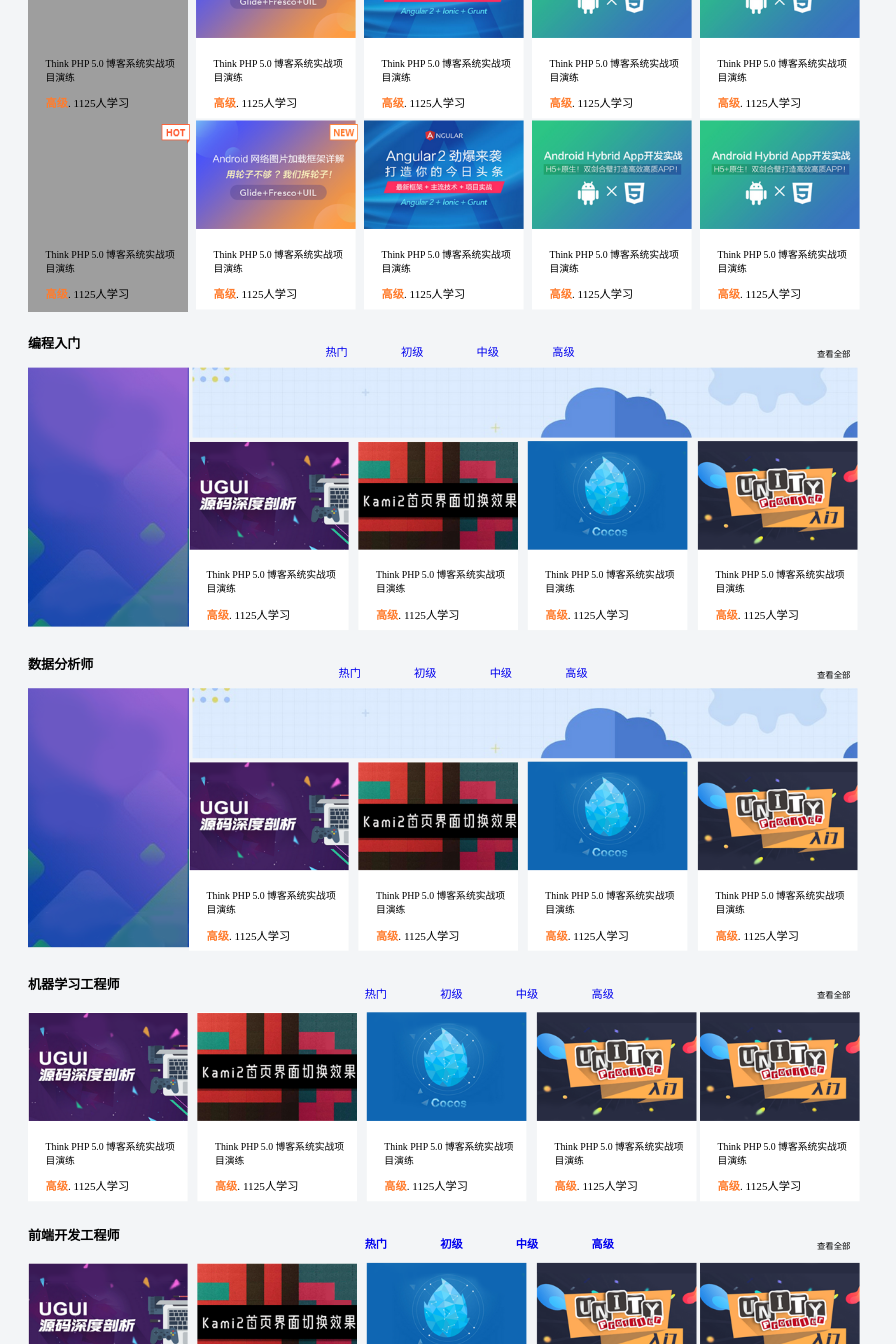
Repository: try-18/web-page-1
Page: index.html
These files come from the project's save history. The page is drawn as it stood at one moment and after the next save; the edit follows.
The browser window is 1280 px wide. The pictures show the part of the page from y = 763 to 2683 px (the page is 3300 px tall), at 70% of full size.
Pictures or frames that could not be fetched are drawn as grey boxes.

Above is the page before, as saved 2021-11-02 16:32:41.

After the next save:
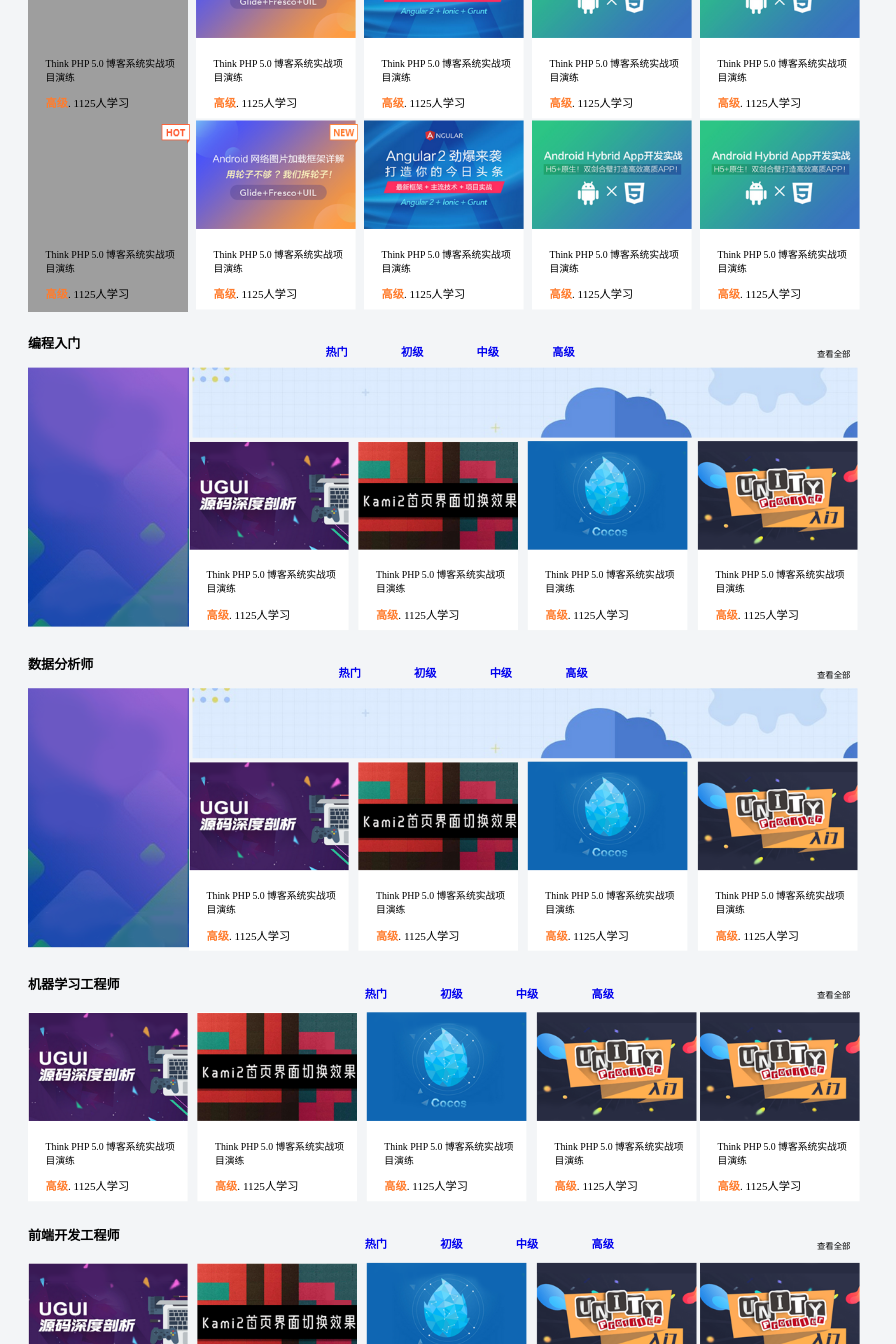
Saved 35 s later.
--- a/index.html
+++ b/index.html
@@ -265,10 +265,26 @@
         <h3>编程入门</h3>
         <div class="fifthtopmiddle">
             <ul>
-                <li><a href="#">热门</a></li>
-                <li><a href="#">初级</a></li>
-                <li><a href="#">中级</a></li>
-                <li><a href="#">高级</a></li>
+                <li>
+                    <a href="#">
+                        <h4>热门</h4>
+                    </a>
+                </li>
+                <li>
+                    <a href="#">
+                        <h4>初级</h4>
+                    </a>
+                </li>
+                <li>
+                    <a href="#">
+                        <h4>中级</h4>
+                    </a>
+                </li>
+                <li>
+                    <a href="#">
+                        <h4>高级</h4>
+                    </a>
+                </li>
             </ul>
         </div>
         <a href="#" id="fifth">查看全部</a>
@@ -311,10 +327,26 @@
         <h3>数据分析师</h3>
         <div class="sixthtopmiddle">
             <ul>
-                <li><a href="#">热门</a></li>
-                <li><a href="#">初级</a></li>
-                <li><a href="#">中级</a></li>
-                <li><a href="#">高级</a></li>
+                <li>
+                    <a href="#">
+                        <h4>热门</h4>
+                    </a>
+                </li>
+                <li>
+                    <a href="#">
+                        <h4>初级</h4>
+                    </a>
+                </li>
+                <li>
+                    <a href="#">
+                        <h4>中级</h4>
+                    </a>
+                </li>
+                <li>
+                    <a href="#">
+                        <h4>高级</h4>
+                    </a>
+                </li>
             </ul>
         </div>
         <a href="#" id="sixth">查看全部</a>
@@ -359,10 +391,26 @@
         <h3>机器学习工程师</h3>
         <div class="seventhtopmiddle">
             <ul>
-                <li><a href="#">热门</a></li>
-                <li><a href="#">初级</a></li>
-                <li><a href="#">中级</a></li>
-                <li><a href="#">高级</a></li>
+                <li>
+                    <a href="#">
+                        <h4>热门</h4>
+                    </a>
+                </li>
+                <li>
+                    <a href="#">
+                        <h4>初级</h4>
+                    </a>
+                </li>
+                <li>
+                    <a href="#">
+                        <h4>中级</h4>
+                    </a>
+                </li>
+                <li>
+                    <a href="#">
+                        <h4>高级</h4>
+                    </a>
+                </li>
             </ul>
         </div>
         <a href="#" id="seventh">查看全部</a>
